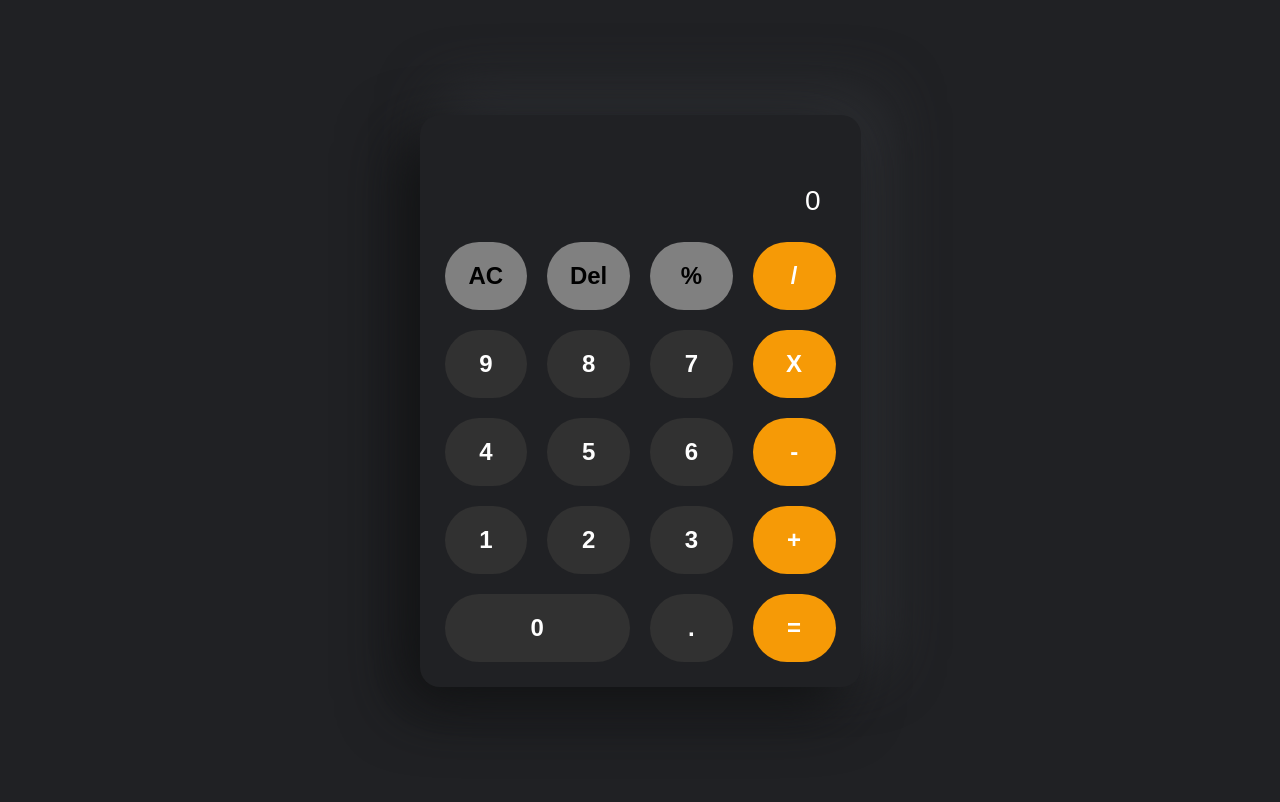
Repository: ble-syn/reactCalculator
Page: /
These files come from the project's save history. The page is drawn as it stood at one moment and after the next save; the edit follows.
The browser window is 1280 px wide. The pictures show the whole page.
The project was rebuilt for these pictures with package versions that can differ from the ones it lists, and the page was loaded fresh each time.

Above is the page before, as saved 2022-10-06 22:43:02.

After the next save:
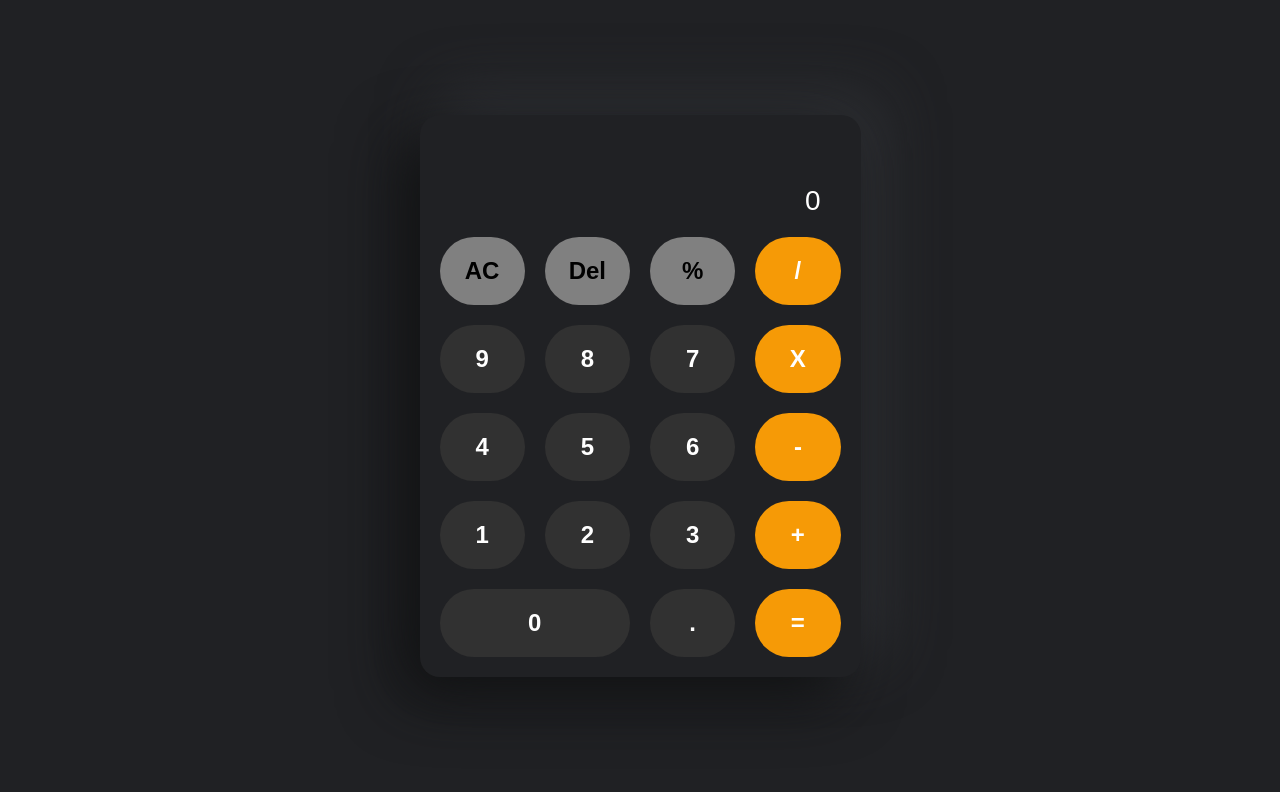
Saved 15 s later.
--- a/src/index.css
+++ b/src/index.css
@@ -42,7 +42,6 @@ body{
   display: grid;
   grid-template-columns: repeat(4, 1fr);
   grid-gap: 20px;
-  margin: 5px;
 }
 button {
   padding: 20px 15px;
